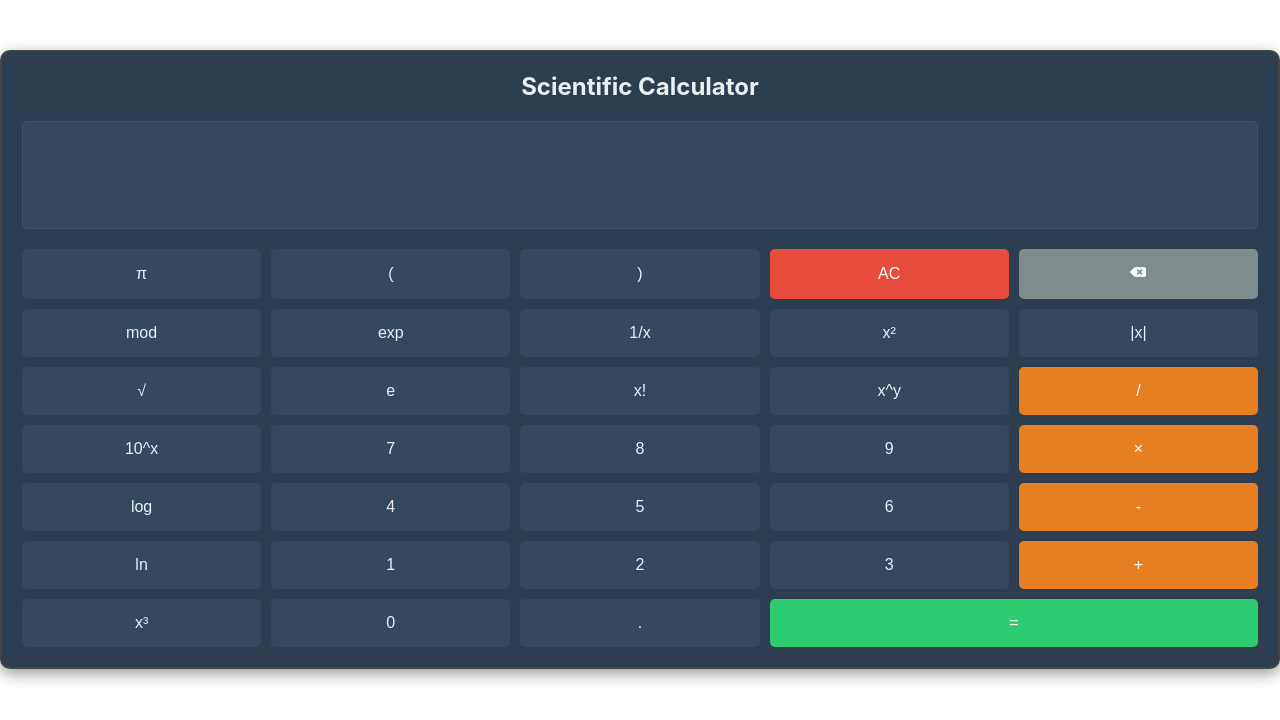
Repository: thesaherriaz/Calculator-React
Page: /
These files come from the project's save history. The page is drawn as it stood at one moment and after the next save; the edit follows.
The browser window is 1280 px wide. The pictures show the whole page.
The project was rebuilt for these pictures with package versions that can differ from the ones it lists, and the page was loaded fresh each time.

Above is the page before, as saved 2025-06-20 12:54:50.

### public/index.html
<!DOCTYPE html>
<html lang="en">
  <head>
    <meta charset="utf-8" />
    <link rel="icon" href="%PUBLIC_URL%/favicon.ico" />
    <meta name="viewport" content="width=device-width, initial-scale=1" />
    <meta name="theme-color" content="#000000" />
    <meta
      name="description"
      content="Web site created using create-react-app"
    />
    <link rel="apple-touch-icon" href="%PUBLIC_URL%/logo192.png" />
    <link rel="stylesheet" href="https://cdnjs.cloudflare.com/ajax/libs/font-awesome/6.0.0/css/all.min.css">
    <!--
      manifest.json provides metadata used when your web app is installed on a
      user's mobile device or desktop. See https://developers.google.com/web/fundamentals/web-app-manifest/
    -->
    <link rel="manifest" href="%PUBLIC_URL%/manifest.json" />
    <!--
      Notice the use of %PUBLIC_URL% in the tags above.
      It will be replaced with the URL of the `public` folder during the build.
      Only files inside the `public` folder can be referenced from the HTML.

      Unlike "/favicon.ico" or "favicon.ico", "%PUBLIC_URL%/favicon.ico" will
      work correctly both with client-side routing and a non-root public URL.
      Learn how to configure a non-root public URL by running `npm run build`.
    -->
    <title>React App</title>
  </head>
  <body>
    <noscript>You need to enable JavaScript to run this app.</noscript>
    <div id="root"></div>
    <!--
      This HTML file is a template.
      If you open it directly in the browser, you will see an empty page.

      You can add webfonts, meta tags, or analytics to this file.
      The build step will place the bundled scripts into the <body> tag.

      To begin the development, run `npm start` or `yarn start`.
      To create a production bundle, use `npm run build` or `yarn build`.
    -->
  </body>
</html>

### src/App.js
import React from 'react'
import Calculator from './compnents/Calculator'

function App() {
  return (
    <Calculator />
  )
}

export default App

### src/compnents/Calculator.jsx
import React, { useState } from 'react';
import './Calculator.css';
import { FaBackspace } from "react-icons/fa";

function Calculator() {
    const [input, setInput] = useState('');
    const [result, setResult] = useState('');

    const handleClick = (value) => {
        if (value === 'AC') {
            setInput('');
            setResult('');
        } else if (value === 'DEL') {
            setInput(prev => prev.slice(0, -1));
        } else if (value === '=') {
            calculateResult();
        } else if (value === '√') {
            setInput(prev => `Math.sqrt(${prev})`);
        } else if (value === 'x²') {
            setInput(prev => `Math.pow(${prev},2)`);
        } else if (value === 'x³') {
            setInput(prev => `Math.pow(${prev},3)`);
        } else if (value === 'x^y') {
            setInput(prev => `${prev}^`);
        } else if (value === '1/x') {
            setInput(prev => `1/(${prev})`);
        } else if (value === 'log') {
            setInput(prev => `Math.log10(${prev})`);
        } else if (value === 'ln') {
            setInput(prev => `Math.log(${prev})`);
        } else if (value === 'π') {
            setInput(prev => prev + 'Math.PI');
        } else if (value === 'e') {
            setInput(prev => prev + 'Math.E');
        } else if (value === '10^x') {
            setInput(prev => `Math.pow(10,${prev})`);
        } else if (value === 'x!') {
            setInput(prev => `factorial(${prev})`);
        } else {
            setInput(prev => prev + value);
        }
    };

    const factorial = (n) => {
        if (n < 0) return NaN;
        if (n <= 1) return 1;
        return n * factorial(n - 1);
    };

    const calculateResult = () => {
        try {
            // Replace ^ with ** for exponentiation
            let expression = input.replace(/\^/g, '**');
            // Evaluate the expression
            setResult(eval(expression).toString());
        } catch (error) {
            setResult('Error');
        }
    };

    return (
        <div className="calculator">
            <h1>Scientific Calculator</h1>
            <div className="display">
                <div className="input">{input}</div>
                <div className="result">{result}</div>
            </div>
            <div className="buttons">
                <button onClick={() => handleClick('π')}>π</button>
                <button onClick={() => handleClick('(')}>(</button>
                <button onClick={() => handleClick(')')}>)</button>
                <button onClick={() => handleClick('AC')} className="clear">AC</button>
                <button onClick={() => handleClick('DEL')} className="delete"><FaBackspace /></button>

                <button onClick={() => handleClick('mod')}>mod</button>
                <button onClick={() => handleClick('exp')}>exp</button>
                <button onClick={() => handleClick('1/x')}>1/x</button>
                <button onClick={() => handleClick('x²')}>x²</button>
                <button onClick={() => handleClick('Math.abs()')}>|x|</button>

                <button onClick={() => handleClick('√')}>√</button>
                <button onClick={() => handleClick('e')}>e</button>
                <button onClick={() => handleClick('x!')}>x!</button>
                <button onClick={() => handleClick('x^y')}>x^y</button>
                <button className="operator" onClick={() => handleClick('/')}>/</button>

                <button onClick={() => handleClick('10^x')}>10^x</button>
                <button onClick={() => handleClick('7')}>7</button>
                <button onClick={() => handleClick('8')}>8</button>
                <button onClick={() => handleClick('9')}>9</button>
                <button className="operator" onClick={() => handleClick('*')}>×</button>

                <button onClick={() => handleClick('log')}>log</button>
                <button onClick={() => handleClick('4')}>4</button>
                <button onClick={() => handleClick('5')}>5</button>
                <button onClick={() => handleClick('6')}>6</button>
                <button className="operator" onClick={() => handleClick('-')}>-</button>

                <button onClick={() => handleClick('ln')}>ln</button>

                <button onClick={() => handleClick('1')}>1</button>
                <button onClick={() => handleClick('2')}>2</button>
                <button onClick={() => handleClick('3')}>3</button>
                <button className="operator" onClick={() => handleClick('+')}>+</button>

                <button onClick={() => handleClick('x³')}>x³</button>
                <button onClick={() => handleClick('0')}>0</button>
                <button onClick={() => handleClick('.')}>.</button>
                <button className="equals" onClick={() => handleClick('=')}>=</button>
            </div>
        </div>
    );
}

export default Calculator;

### src/compnents/Calculator.css
*{
    box-sizing: border-box;
    margin: 0;
    padding: 0;
}
.calculator {
    width: 800`;
    margin: 50px auto 0px auto;
    border: 2px solid #444;
    border-radius: 10px;
    padding: 20px;
    background-color: #2c3e50;
    box-shadow: 0 5px 15px rgba(0, 0, 0, 0.4);
    color: white;
}

.calculator h1 {
    text-align: center;
    color: #ecf0f1;
    margin-bottom: 20px;
    font-size: 1.5em;
}

.display {
    background-color: #34495e;
    border: 1px solid #3d566e;
    border-radius: 5px;
    padding: 15px;
    margin-bottom: 20px;
    text-align: right;
    min-height: 70px;
}

.input {
    font-size: 1.2em;
    color: #bdc3c7;
    min-height: 1.2em;
    margin-bottom: 10px;
    word-wrap: break-word;
}

.result {
    font-size: 1.8em;
    font-weight: bold;
    color: #ecf0f1;
    min-height: 1.5em;
    word-wrap: break-word;
}

.buttons {
    display: grid;
    grid-template-columns: repeat(5, 1fr);
    grid-gap: 10px;
}

button {
    padding: 15px;
    font-size: 1em;
    border: none;
    border-radius: 5px;
    background-color: #34495e;
    color: #ecf0f7;
    cursor: pointer;
    transition: all 0.2s;
}

button:hover {
    background-color: #3d566e;
}

button:active {
    transform: scale(0.95);
}

.operator {
    background-color: #e67e22;
    color: white;
}

.operator:hover {
    background-color: #d35400;
}

.clear {
    background-color: #e74c3c;
    color: white;
}

.clear:hover {
    background-color: #c0392b;
}

.delete {
    background-color: #7f8c8d;
    color: white;
}

.delete:hover {
    background-color: #95a5a6;
}

.equals {
    background-color: #2ecc71;
    color: white;
    grid-column: span 2;
}

.equals:hover {
    background-color: #27ae60;
}

/* Scientific buttons
button:nth-child(1),
button:nth-child(2),
button:nth-child(3),
button:nth-child(4),
button:nth-child(5),
button:nth-child(6),
button:nth-child(11),
button:nth-child(12),
button:nth-child(13),
button:nth-child(14),
button:nth-child(19),
button:nth-child(20),
button:nth-child(21) {
    background-color: #3498db;
}

button:nth-child(1):hover,
button:nth-child(2):hover,
button:nth-child(3):hover,
button:nth-child(4):hover,
button:nth-child(5):hover,
button:nth-child(6):hover,
button:nth-child(11):hover,
button:nth-child(12):hover,
button:nth-child(13):hover,
button:nth-child(14):hover,
button:nth-child(19):hover,
button:nth-child(20):hover,
button:nth-child(21):hover {
    background-color: #2980b9;
} */

Loaded but not shown: src/index.js (common file); src/index.css (common file); src/reportWebVitals.js (common file)

After the next save:
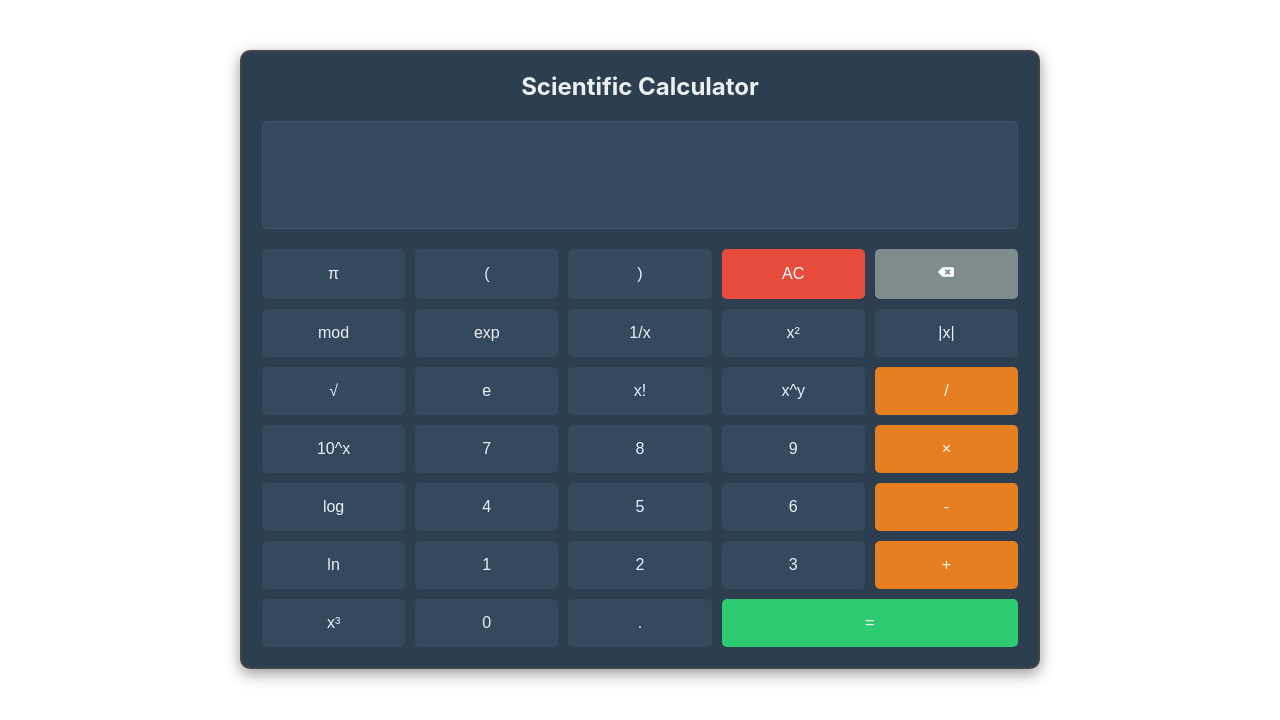
Saved 5 s later.
--- a/src/compnents/Calculator.css
+++ b/src/compnents/Calculator.css
@@ -4,7 +4,7 @@
     padding: 0;
 }
 .calculator {
-    width: 800`;
+    width: 800px;
     margin: 50px auto 0px auto;
     border: 2px solid #444;
     border-radius: 10px;
